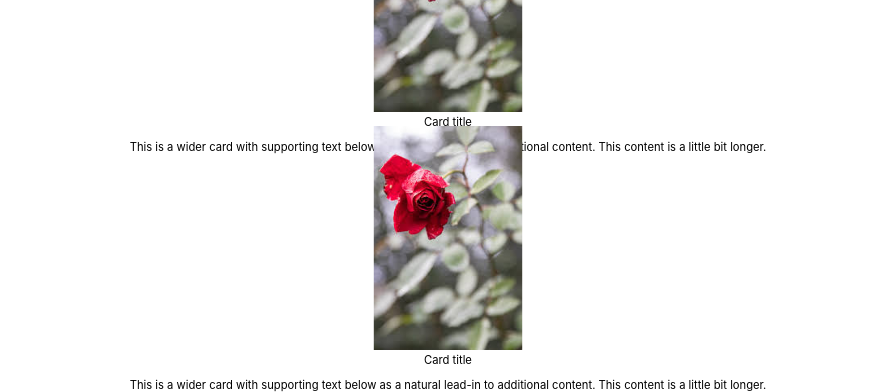
Repository: vakharia5/Preview
Page: /
These files come from the project's save history. The page is drawn as it stood at one moment and after the next save; the edit follows.
The browser window is 1280 px wide. The pictures show the part of the page from y = 840 to 2760 px (the page is 1400 px tall before and 2760 px after), at 70% of full size.
The project was rebuilt for these pictures with package versions that can differ from the ones it lists, and the page was loaded fresh each time.

Above is the page before, as saved 2020-06-22 13:17:56.

### src/App.js
import React from 'react';
import logo from './logo.svg';
import './App.css';
import CardList from './components/CardList';

function App() {
  return (
    <div className="App">
    <CardList/>

    </div>
  );
}

export default App;

### src/components/CardList.js
import React, { Component } from 'react'
import {Card,Container,Row,Col} from 'react-bootstrap';
import img from '../assets/Images/download.jpg';

class CardList extends Component {
    render() {
        return (
   <div>
       <Container>
       <Row sm={1} md={2} lg={4}>
        <Card  border="secondary" style={{ height : '20rem'}}>
  <Card.Img src={img} alt="Card image" style={{ height : '20rem'}} />
  <Card.ImgOverlay>
    <Card.Title>Card title</Card.Title>
    <Card.Text>
      This is a wider card with supporting text below as a natural lead-in to
      additional content. This content is a little bit longer.
    </Card.Text>
  </Card.ImgOverlay>
</Card>
 <br />
 <Card  border="secondary" style={{height : '20rem'}}>
  <Card.Img src={img} alt="Card image" style={{height : '20rem'}} />
  <Card.ImgOverlay>
    <Card.Title>Card title</Card.Title>
    <Card.Text>
      This is a wider card with supporting text below as a natural lead-in to
      additional content. This content is a little bit longer.
    </Card.Text>
  </Card.ImgOverlay>
</Card>
 <br />
 <Card  border="secondary" style={{ height : '20rem'}}>
  <Card.Img src={img} alt="Card image" style={{ height : '20rem'}} />
  <Card.ImgOverlay>
    <Card.Title>Card title</Card.Title>
    <Card.Text>
      This is a wider card with supporting text below as a natural lead-in to
      additional content. This content is a little bit longer.
    </Card.Text>
  </Card.ImgOverlay>
</Card>
 <br />
 <Card  border="secondary" style={{height : '20rem'}}>
  <Card.Img src={img} alt="Card image" style={{ height : '20rem'}} />
  <Card.ImgOverlay>
    <Card.Title>Card title</Card.Title>
    <Card.Text>
      This is a wider card with supporting text below as a natural lead-in to
      additional content. This content is a little bit longer.
    </Card.Text>
  </Card.ImgOverlay>
</Card>
 <br />
 </Row>
 </Container>
      </div>
        )
        }
}
export default CardList

Loaded but not shown: src/index.js (common file); src/index.css (common file); src/serviceWorker.js (common file); src/App.css (common file)

After the next save:
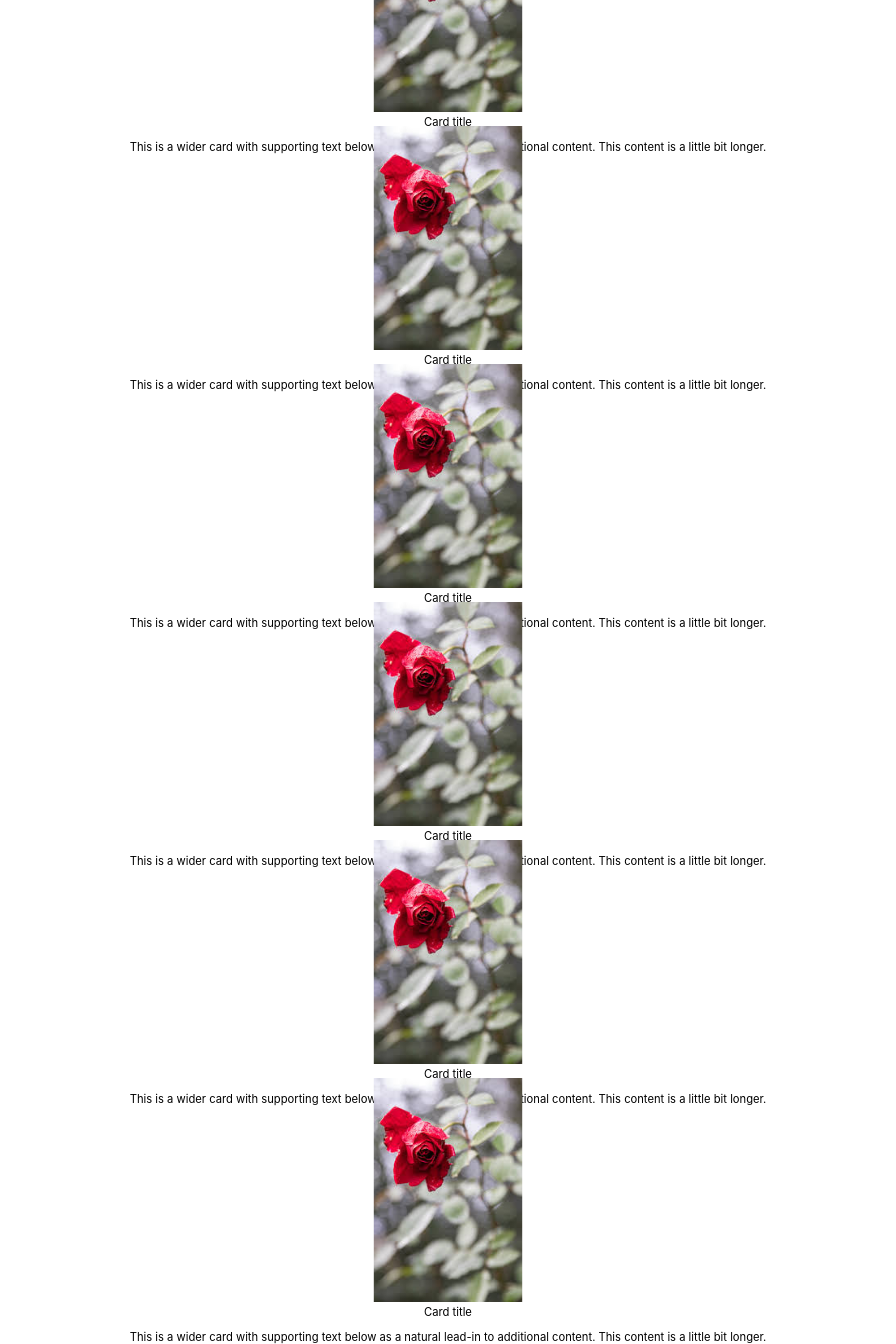
Saved 41 s later.
--- a/src/components/CardList.js
+++ b/src/components/CardList.js
@@ -52,6 +52,50 @@ class CardList extends Component {
   </Card.ImgOverlay>
 </Card>
  <br />
+ <Card  border="secondary" style={{height : '20rem'}}>
+  <Card.Img src={img} alt="Card image" style={{ height : '20rem'}} />
+  <Card.ImgOverlay>
+    <Card.Title>Card title</Card.Title>
+    <Card.Text>
+      This is a wider card with supporting text below as a natural lead-in to
+      additional content. This content is a little bit longer.
+    </Card.Text>
+  </Card.ImgOverlay>
+</Card>
+ <br />
+ <Card  border="secondary" style={{height : '20rem'}}>
+  <Card.Img src={img} alt="Card image" style={{ height : '20rem'}} />
+  <Card.ImgOverlay>
+    <Card.Title>Card title</Card.Title>
+    <Card.Text>
+      This is a wider card with supporting text below as a natural lead-in to
+      additional content. This content is a little bit longer.
+    </Card.Text>
+  </Card.ImgOverlay>
+</Card>
+ <br />
+ <Card  border="secondary" style={{height : '20rem'}}>
+  <Card.Img src={img} alt="Card image" style={{ height : '20rem'}} />
+  <Card.ImgOverlay>
+    <Card.Title>Card title</Card.Title>
+    <Card.Text>
+      This is a wider card with supporting text below as a natural lead-in to
+      additional content. This content is a little bit longer.
+    </Card.Text>
+  </Card.ImgOverlay>
+</Card>
+ <br />
+ <Card  border="secondary" style={{height : '20rem'}}>
+  <Card.Img src={img} alt="Card image" style={{ height : '20rem'}} />
+  <Card.ImgOverlay>
+    <Card.Title>Card title</Card.Title>
+    <Card.Text>
+      This is a wider card with supporting text below as a natural lead-in to
+      additional content. This content is a little bit longer.
+    </Card.Text>
+  </Card.ImgOverlay>
+</Card>
+ <br />
  </Row>
  </Container>
       </div>
